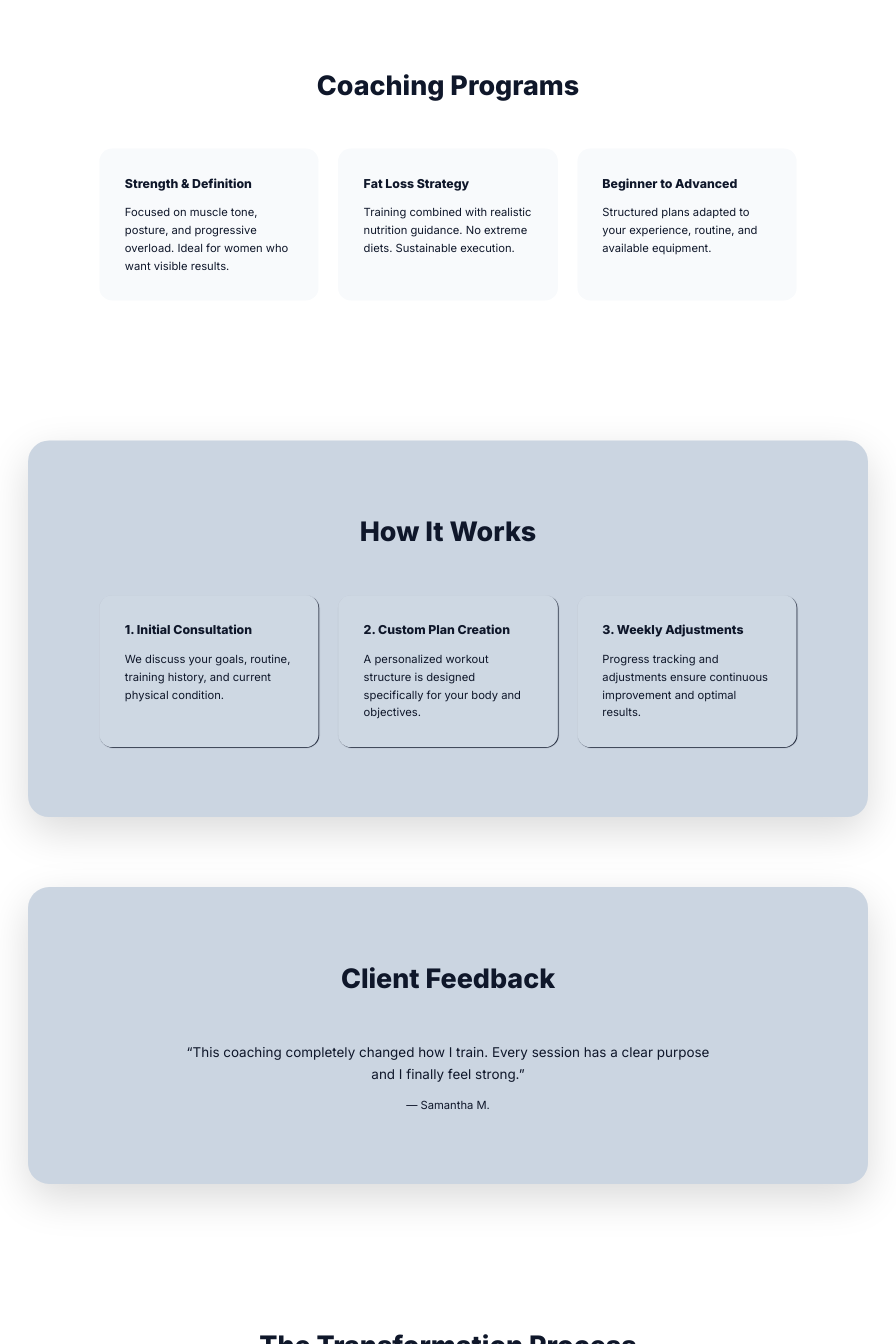
Repository: davidfsillva/Hailey-Reed-Coaching
Page: index.html
The author's editor kept a copy of each file at every save. The page is drawn from the files as they stood at one save, then again after the next save.
The browser window is 1280 px wide. The pictures show the part of the page from y = 1236 to 3156 px (the page is 5223 px tall), at 70% of full size.

Above is the page before, as saved 2026-02-11 18:26:10.

After the next save:
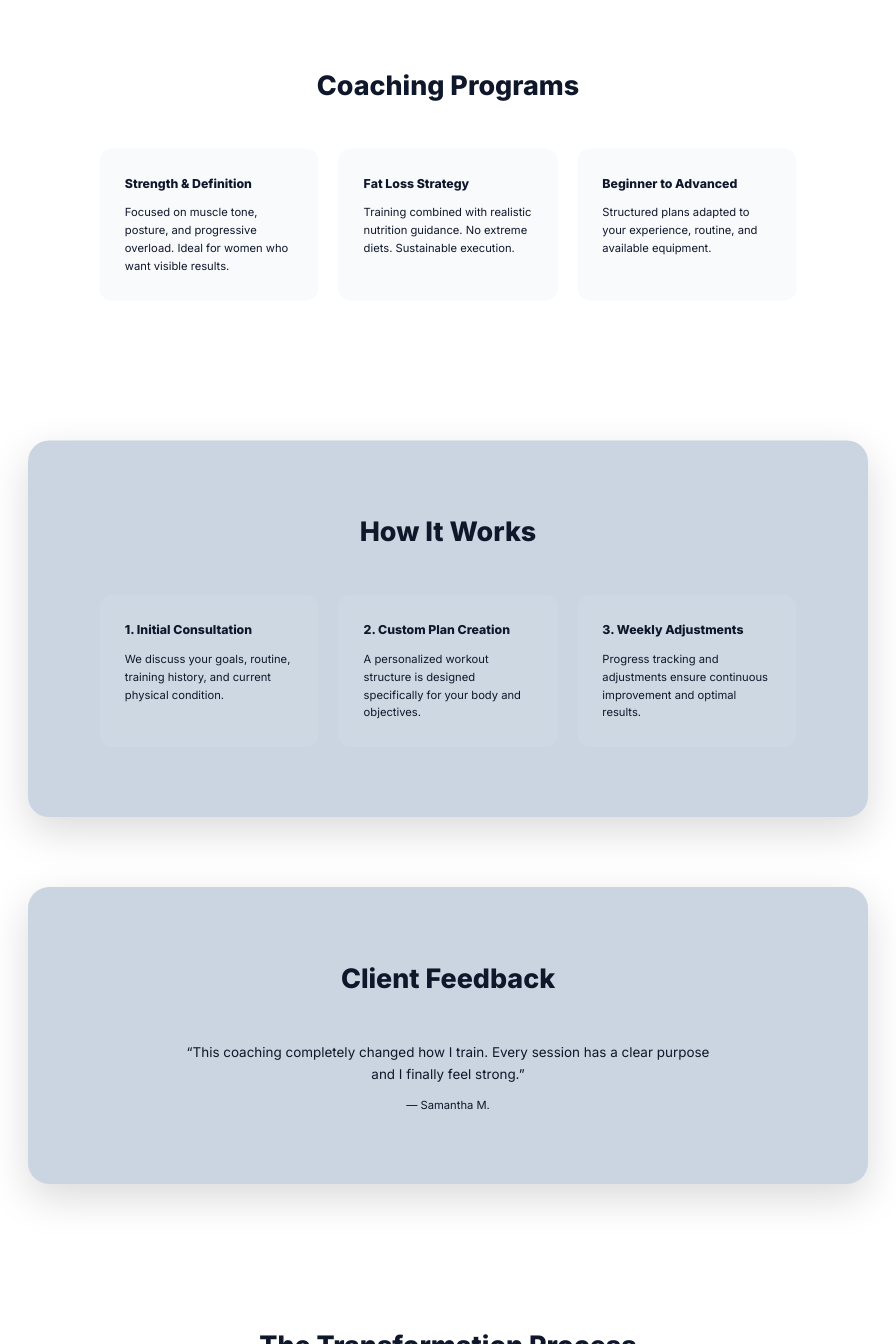
Saved 9 s later.
--- a/style.css
+++ b/style.css
@@ -251,7 +251,7 @@
 .dark .card {
   background: rgba(255,255,255,0.06);
   color: var(--dark);
-  box-shadow: 1px 1px 1px;
+  box-shadow: 1px 1px 1px sol;
 }
 
 .dark .card:hover {

After the 3 saves that followed:
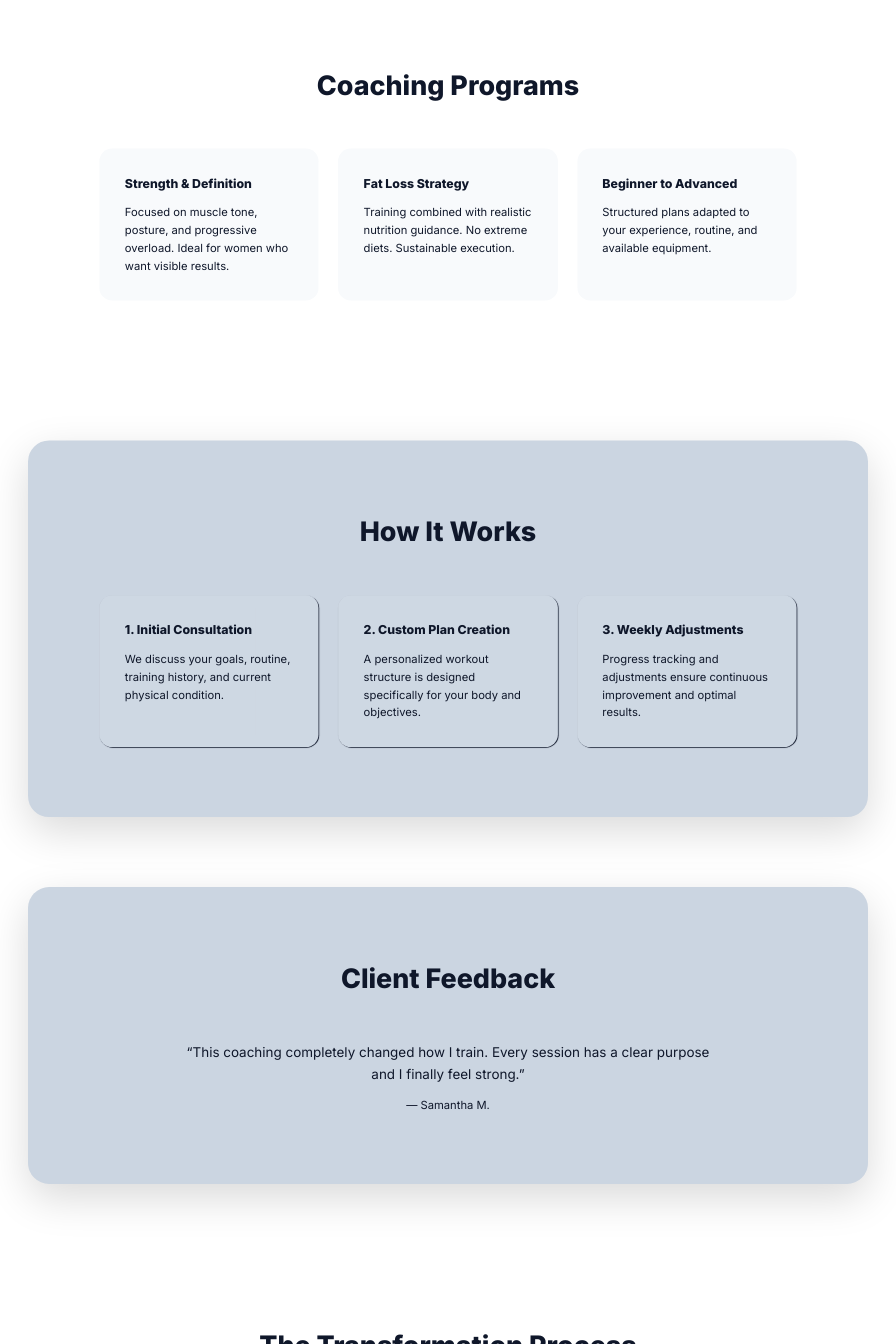
The 3 saves are shown as one change because they came seconds apart.
The last was saved 11 s later.
--- a/style.css
+++ b/style.css
@@ -251,7 +251,7 @@
 .dark .card {
   background: rgba(255,255,255,0.06);
   color: var(--dark);
-  box-shadow: 1px 1px 1px sol;
+  box-shadow: 1px 1px 1px;
 }
 
 .dark .card:hover {
